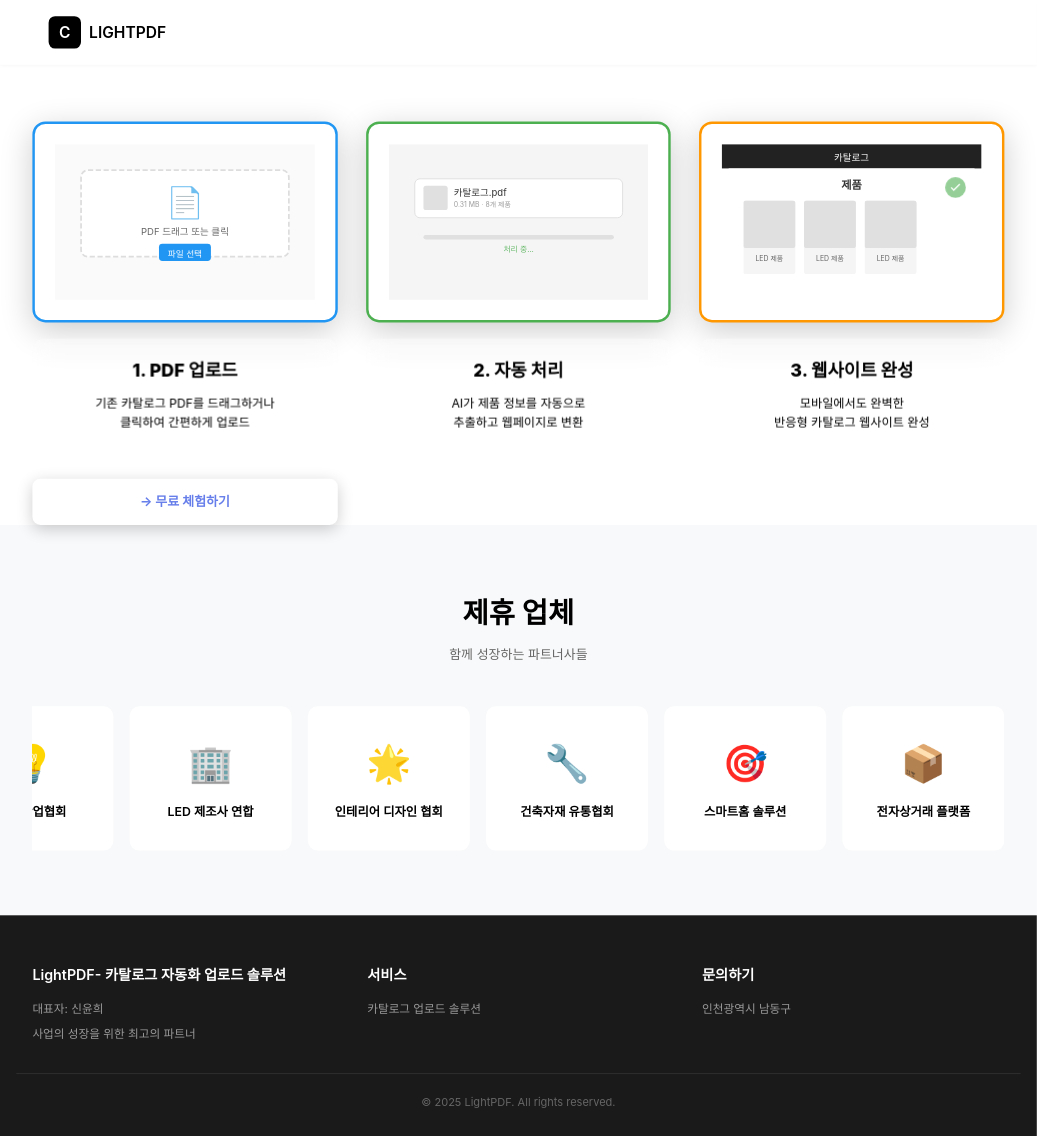
Repository: ororso11/catamaster
Page: index.html
The author's editor kept a copy of each file at every save. The page is drawn from the files as they stood at one save, then again after a run of saves.
The browser window is 1280 px wide. The pictures show the whole page, at 81% of full size.

Above is the page before, as saved 2025-10-05 00:53:01.

After the next 2 saves:
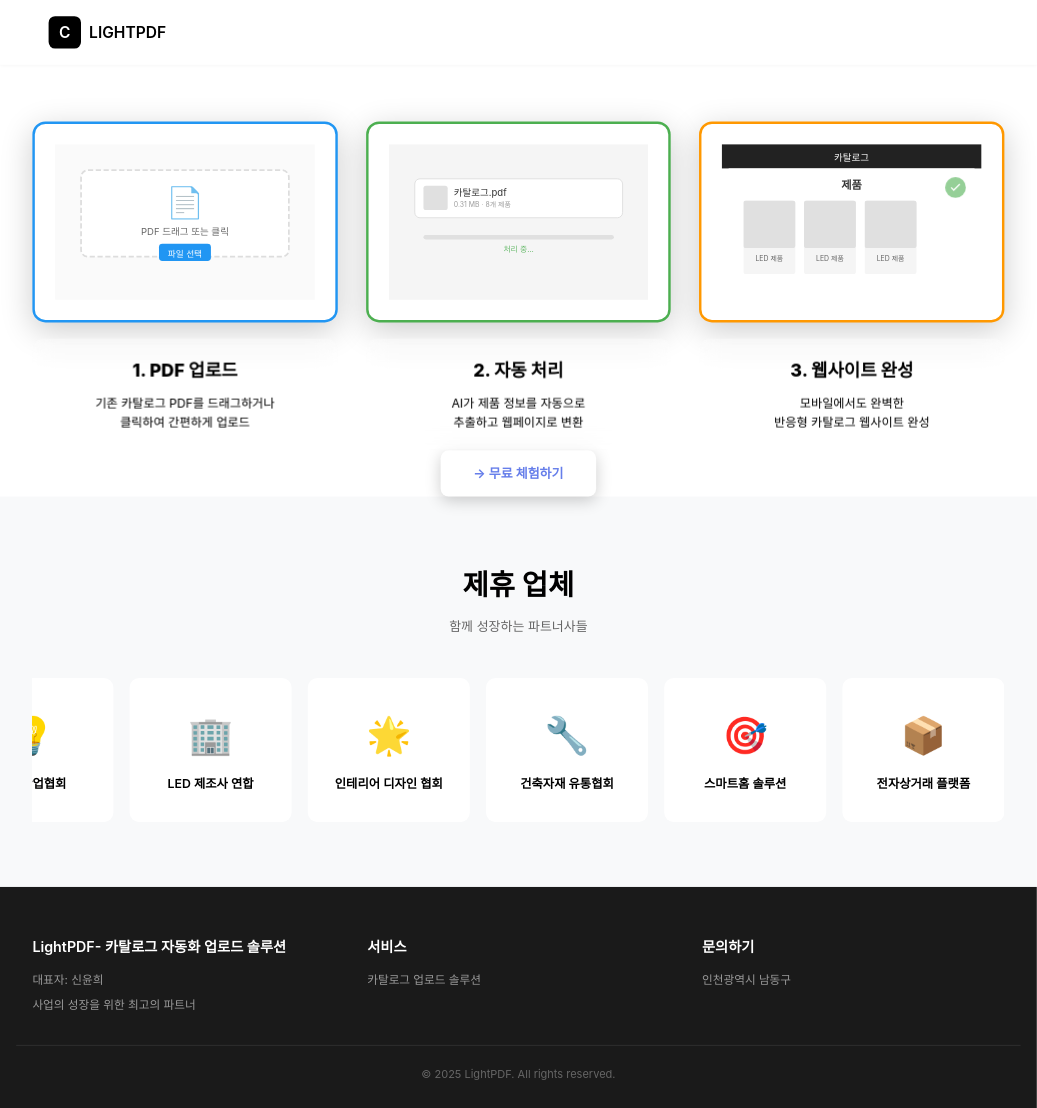
The 2 saves are shown as one change because they came seconds apart.
The last was saved 7 s later.
--- a/index.html
+++ b/index.html
@@ -95,8 +95,8 @@
                         <p>모바일에서도 완벽한<br>반응형 카탈로그 웹사이트 완성</p>
                     </div>
                 </div>
-                  <a href="dashboard.html" class="cta-button">→ 무료 체험하기</a>
             </div>
+              <a href="dashboard.html" class="cta-button">→ 무료 체험하기</a>
         </div>
     </section>
 
